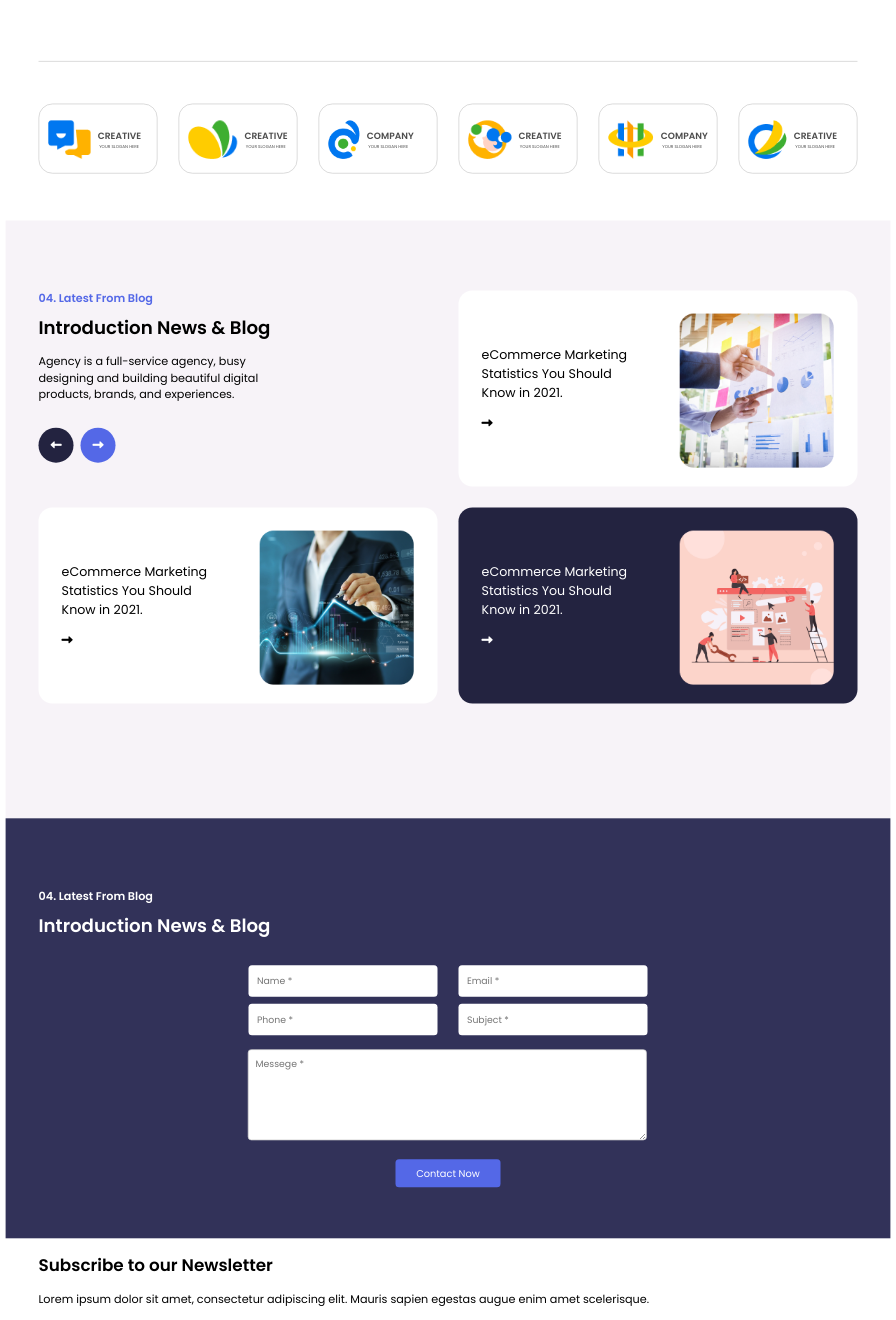
Repository: tranchi0120/LangdingPage-Htmlcss-Ago
Page: index.html
These files come from the project's save history. The page is drawn as it stood at one moment and after the next save; the edit follows.
The browser window is 1280 px wide. The pictures show the part of the page from y = 3180 to 5100 px (the page is 5065 px tall before and 5100 px after), at 70% of full size.
Some web libraries are served in a nearby version. The style sheet was rebuilt from its Sass, Less or Tailwind sources for each picture, by a compiler version that may differ from the author's.

Above is the page before, as saved 2022-07-15 11:43:10.

After the next save:
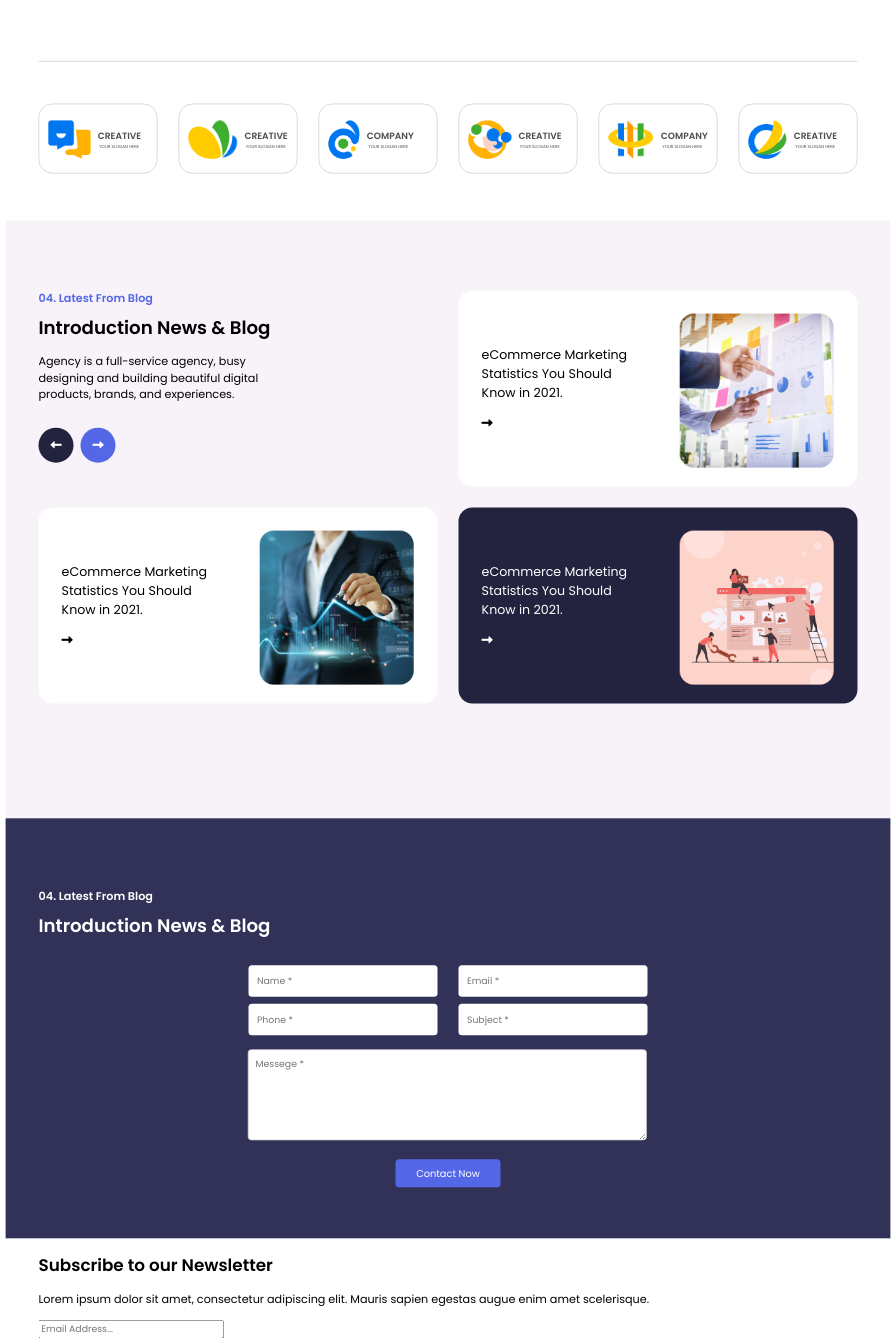
Saved 42 s later.
--- a/index.html
+++ b/index.html
@@ -384,6 +384,9 @@
                         Lorem ipsum dolor sit amet, consectetur adipiscing elit. Mauris sapien egestas augue enim amet
                         scelerisque.
                     </p>
+                    <div class="subscribe-import">
+                        <input type="text" placeholder="Email Address...">
+                    </div>
                 </div>
             </div>
         </section>
